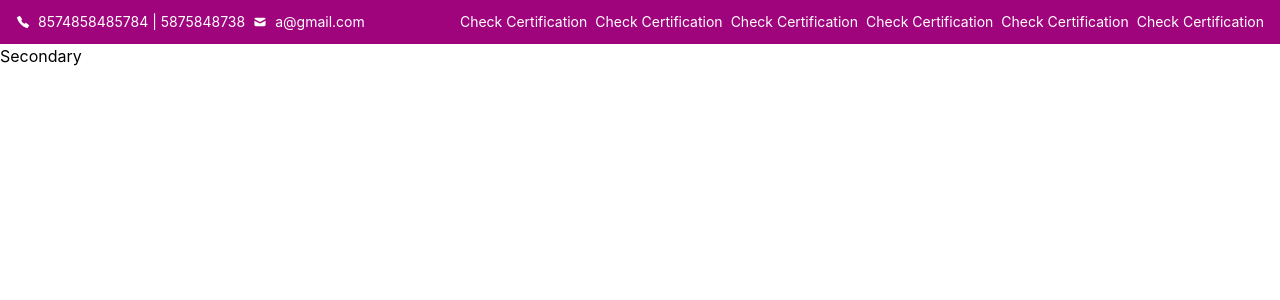
Repository: Sushant203/react-training-
Page: /
The author's editor kept a copy of each file at every save. The page is drawn from the files as they stood at one save, then again after a run of saves.
The browser window is 1280 px wide. The pictures show the whole page.
The project was rebuilt for these pictures with package versions that can differ from the ones it lists, and the page was loaded fresh each time. Also part of the build but not shown: src/App.css, src/components/LowerNav.jsx, src/components/UpperNav.jsx.

Above is the page before, as saved 2022-12-19 09:35:13.

After the next 2 saves:
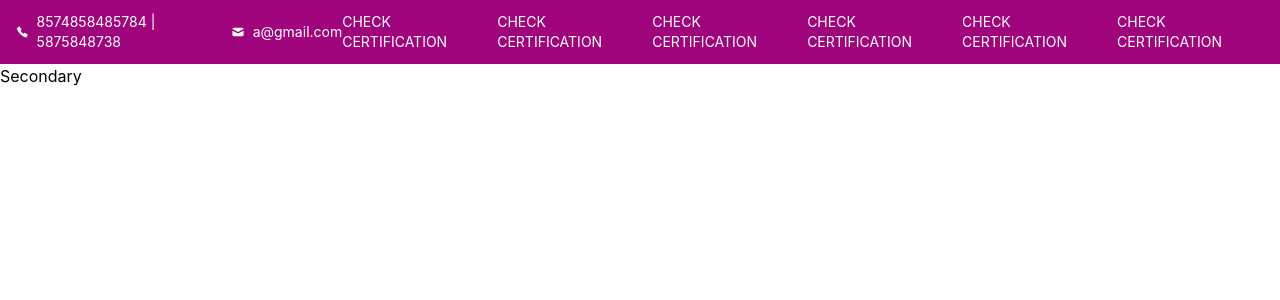
The 2 saves are shown as one change because they came seconds apart.
The last was saved 13 s later.
--- a/src/components/Naviagtion/Toolbar/header.jsx
+++ b/src/components/Naviagtion/Toolbar/header.jsx
@@ -27,7 +27,7 @@
       <div className="text-white flex gap-2">
         {NavLinks.map((val, i) => {
           return (
-            <div key={i} className="capitalize ">
+            <div key={i} className="uppercase ">
               check certification
             </div>
           );

After the save that followed:
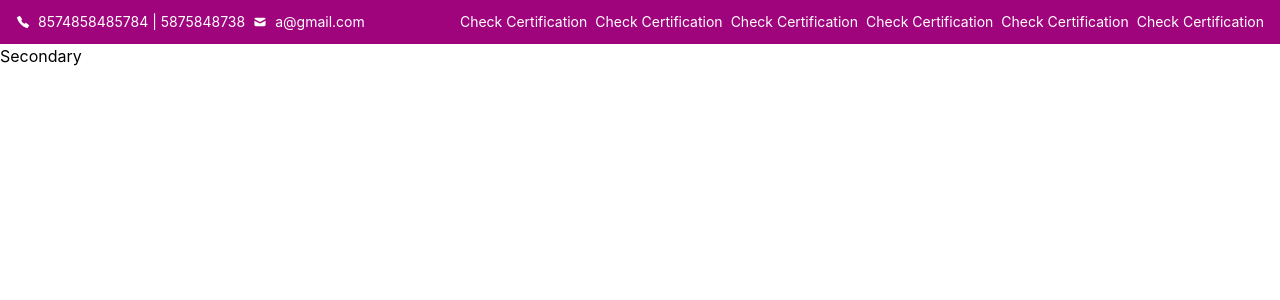
Saved 43 s later.
--- a/src/components/Naviagtion/Toolbar/header.jsx
+++ b/src/components/Naviagtion/Toolbar/header.jsx
@@ -27,7 +27,10 @@
       <div className="text-white flex gap-2">
         {NavLinks.map((val, i) => {
           return (
-            <div key={i} className="uppercase ">
+            <div
+              key={i}
+              className="capitalize hover:scale-110 duration-200 delay-100 transition-all"
+            >
               check certification
             </div>
           );
